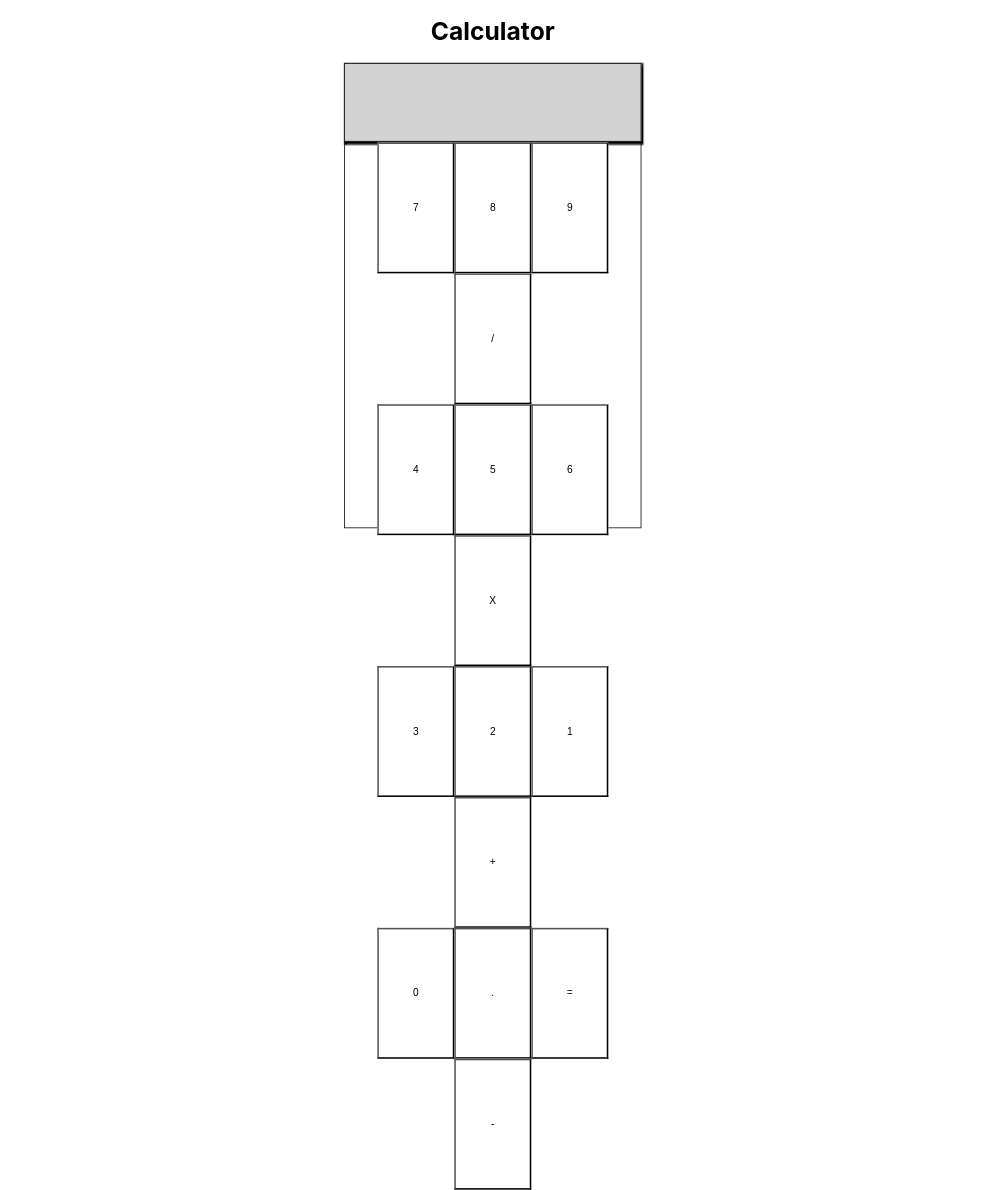
Repository: punitbathija/Placement-Assitance-iNeuron
Page: / (app in React/calculator/)
The author's editor kept a copy of each file at every save. The page is drawn from the files as they stood at one save, then again after a run of saves.
The browser window is 1280 px wide. The pictures show the whole page, at 77% of full size.
The project was rebuilt for these pictures with package versions that can differ from the ones it lists, and the page was loaded fresh each time.

Above is the page before, as saved 2023-06-05 16:09:49.

After the next 2 saves:
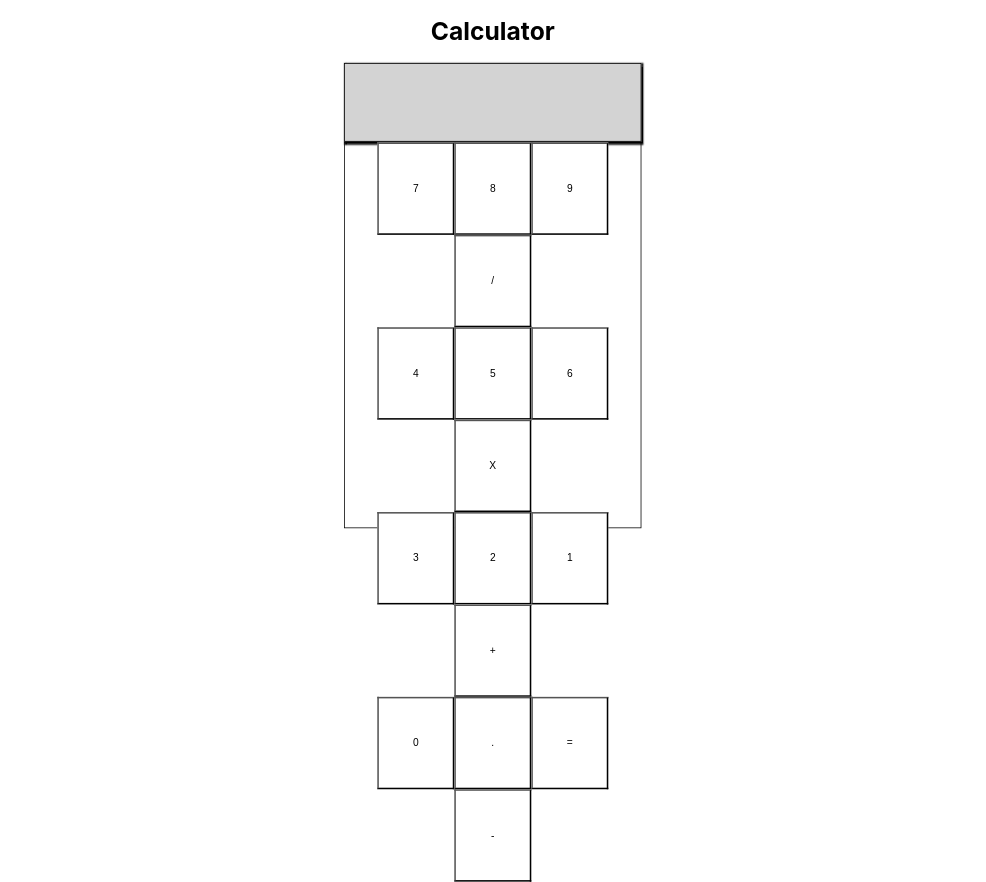
The 2 saves are shown as one change because they came seconds apart.
The last was saved 9 s later.
--- a/React/calculator/src/index.css
+++ b/React/calculator/src/index.css
@@ -30,7 +30,7 @@ code {
 }
 
 .btn{
-  height: 170px;
+  height: 120px;
   width: 100px;
   background-color: white;
 }
